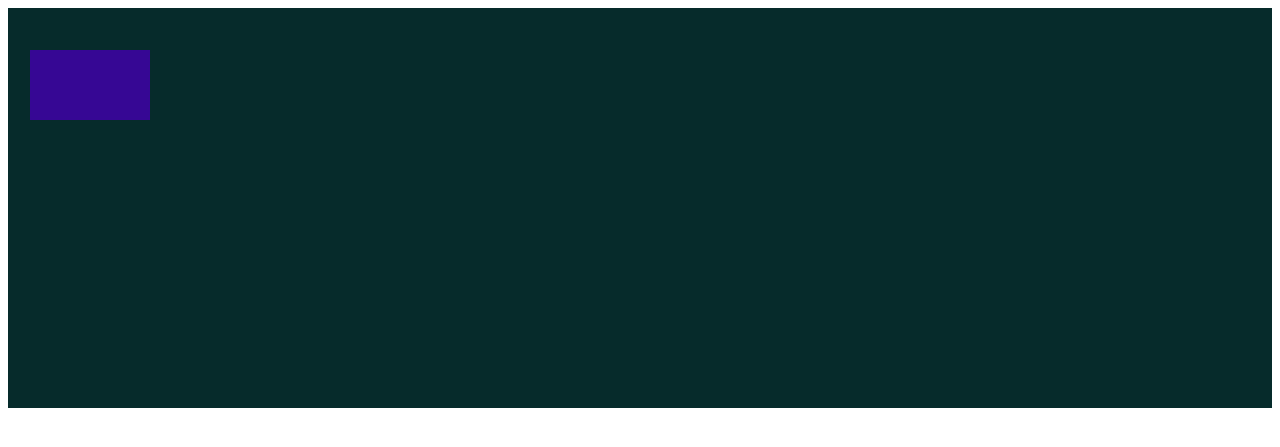
Repository: nmaury/TpsCambodge
Page: InternetProgramming/Css/sample.html
An editor plug-in stored every save of this project. The page is shown before and after the next save, followed by the edit.
The browser window is 1280 px wide. The pictures show the whole page.

Above is the page before, as saved 2022-12-06 01:53:37.

After the next save:
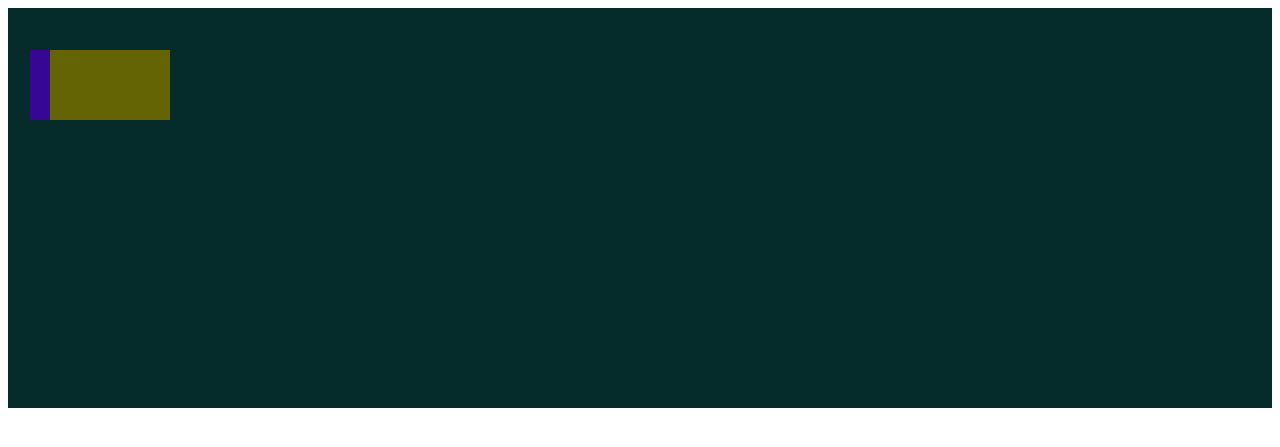
Saved 24 s later.
--- a/InternetProgramming/Css/sample.html
+++ b/InternetProgramming/Css/sample.html
@@ -7,6 +7,8 @@
     <div class="parent">
         <div class="item">
         </div>
+        <div class="item1">
+        </div>
     </div>
 </body>
 </html>
